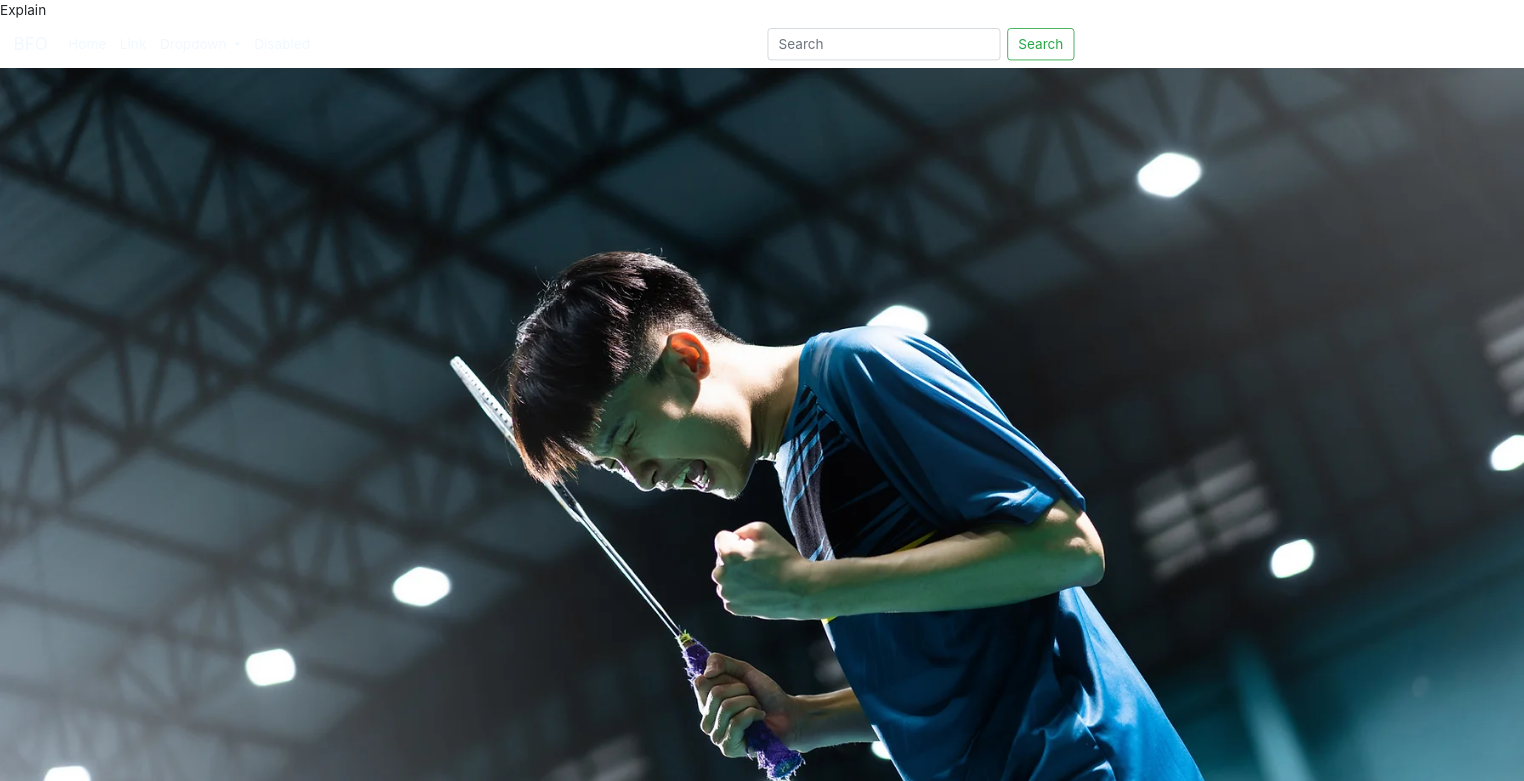
Repository: tsthuy/Badminton
Page: index.html
These files come from the project's save history. The page is drawn as it stood at one moment and after the next save; the edit follows.
The browser window is 1280 px wide. The page is 1793 px wide, then 1280 px, so the pictures cover 1793 px, including what lies to the right of the window. The pictures show the whole page, at 85% of full size.
Some web libraries are served in a nearby version.

Above is the page before, as saved 2023-10-12 21:12:46.

### index.html
<!DOCTYPE html>
<html lang="en">
<head>
    <meta charset="UTF-8">
    <meta name="viewport" content="width=device-width, initial-scale=1.0">
    <link rel="stylesheet" href="https://cdn.jsdelivr.net/npm/bootstrap@4.0.0/dist/css/bootstrap.min.css" integrity="sha384-Gn5384xqQ1aoWXA+058RXPxPg6fy4IWvTNh0E263XmFcJlSAwiGgFAW/dAiS6JXm" crossorigin="anonymous">
    <link rel="stylesheet" href="main.css">

    <title>Badminton</title>
</head>
<body>
    Explain
<nav class="navbar navbar-expand-lg navbar-light bg-light " style="background-color: transparent !important;
">
  <a style="color: aliceblue;" class="navbar-brand" href="#">BFO</a>
  <button class="navbar-toggler" type="button" data-toggle="collapse" data-target="#navbarSupportedContent" aria-controls="navbarSupportedContent" aria-expanded="false" aria-label="Toggle navigation">
    <span class="navbar-toggler-icon"></span>
  </button>

  <div class="collapse navbar-collapse" id="navbarSupportedContent">
    <ul class="navbar-nav mr-auto">
      <li class="nav-item active">
        <a style="color: aliceblue;" class="nav-link" href="#">Home <span class="sr-only">(current)</span></a>
      </li>
      <li class="nav-item">
        <a style="color: aliceblue;" class="nav-link" href="#">Link</a>
      </li>
      <li class="nav-item dropdown">
        <a style="color: aliceblue;" class="nav-link dropdown-toggle" href="#" id="navbarDropdown" role="button" data-toggle="dropdown" aria-haspopup="true" aria-expanded="false">
          Dropdown
        </a>
        <div style="color: aliceblue;" class="dropdown-menu" aria-labelledby="navbarDropdown">
          <a class="dropdown-item" href="#">Action</a>
          <a class="dropdown-item" href="#">Another action</a>
          <div class="dropdown-divider"></div>
          <a class="dropdown-item" href="#">Something else here</a>
        </div>
      </li>
      <li class="nav-item">
        <a style="color: aliceblue;" class="nav-link disabled" href="#">Disabled</a>
      </li>
    </ul>
    <form class="form-inline my-2 my-lg-0">
      <input class="form-control mr-sm-2" type="search" placeholder="Search" aria-label="Search">
      <button class="btn btn-outline-success my-2 my-sm-0" type="submit">Search</button>
    </form>
  </div>
</nav>
   <div class="background_cover">

    <img class="bg_img" src="./Image/A man in a badminton match.webp" alt="">
   </div>

</body>
<script src="https://code.jquery.com/jquery-3.2.1.slim.min.js" integrity="sha384-KJ3o2DKtIkvYIK3UENzmM7KCkRr/rE9/Qpg6aAZGJwFDMVNA/GpGFF93hXpG5KkN" crossorigin="anonymous"></script>
<script src="https://cdn.jsdelivr.net/npm/popper.js@1.12.9/dist/umd/popper.min.js" integrity="sha384-ApNbgh9B+Y1QKtv3Rn7W3mgPxhU9K/ScQsAP7hUibX39j7fakFPskvXusvfa0b4Q" crossorigin="anonymous"></script>
<script src="https://cdn.jsdelivr.net/npm/bootstrap@4.0.0/dist/js/bootstrap.min.js" integrity="sha384-JZR6Spejh4U02d8jOt6vLEHfe/JQGiRRSQQxSfFWpi1MquVdAyjUar5+76PVCmYl" crossorigin="anonymous"></script>
    </script>
</html>

Loaded but not shown: main.css (no stored copy; drawn as an empty file)

After the next save:
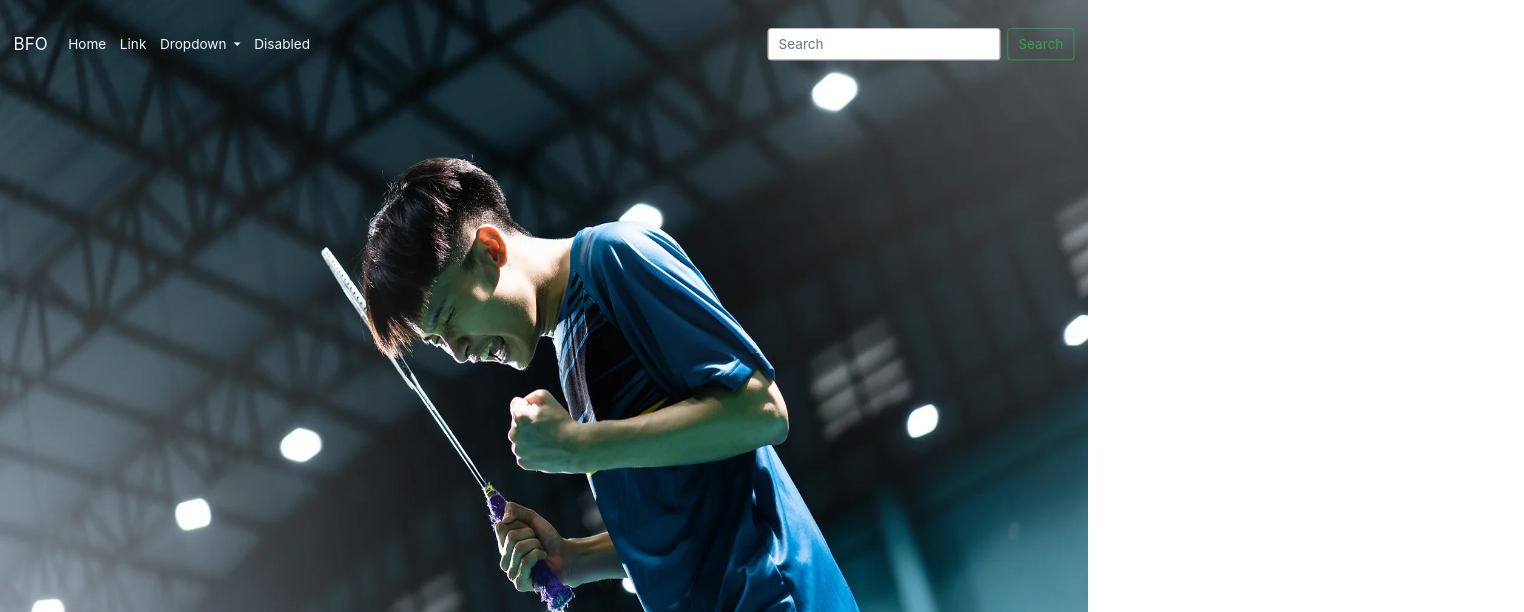
Saved 5 s later.
--- a/index.html
+++ b/index.html
@@ -48,7 +48,7 @@
 </nav>
    <div class="background_cover">
 
-    <img class="bg_img" src="./Image/A man in a badminton match.webp" alt="">
+    <img class="bg_img" src="./Image/A man in a badminton match.webp" alt="" style="margin-top: -80px; height: 100vh; width: 100%;">
    </div>
 
 </body>
